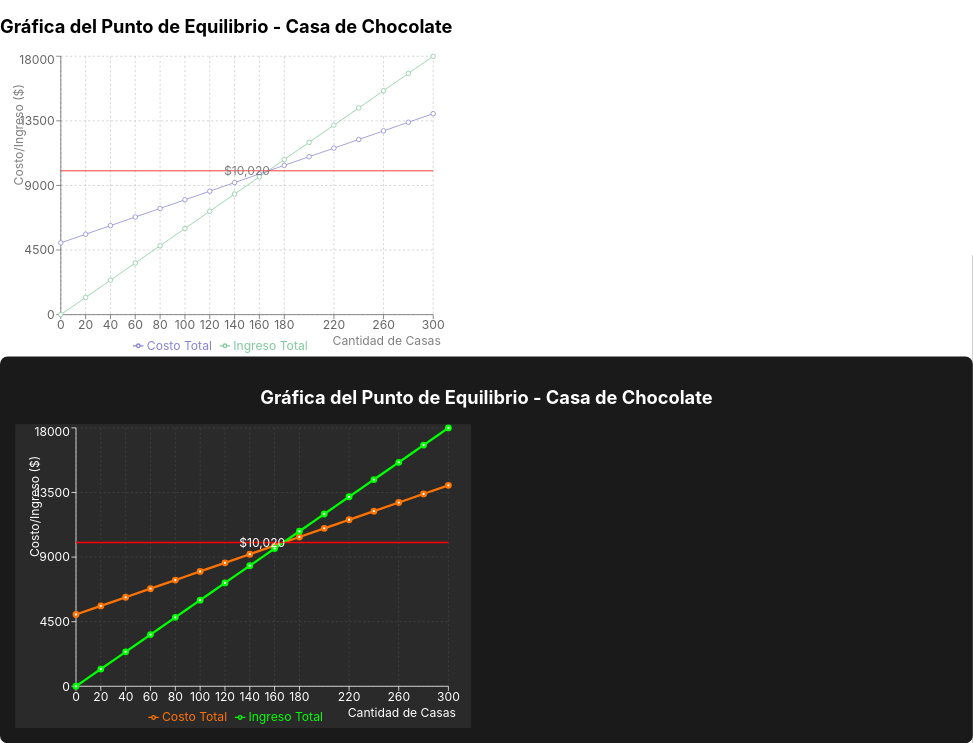
Repository: CiroAlfa/grafic-point-balancer
Page: / (app in graficas-chocolate/)
An editor plug-in stored every save of this project. The page is shown before and after the next save, followed by the edit.
The browser window is 1280 px wide. The pictures show the whole page, at 76% of full size.
The project was rebuilt for these pictures with package versions that can differ from the ones it lists, and the page was loaded fresh each time.

Above is the page before, as saved 2024-09-14 12:58:02.

### graficas-chocolate/src/App.js
import React from 'react';
import BreakEvenChart from './BreakEvenChart';
import BreakEvenChart2 from './BreakEvenChart2';
import BreakEvenChartInteractive from './BreakEvenChartInteractive';

function App() {
  return (
    <div className="App">
      <BreakEvenChart />
      <BreakEvenChart2 />

    </div>
  );
}

export default App;

### graficas-chocolate/src/BreakEvenChart.js
import React from 'react';
import { LineChart, Line, XAxis, YAxis, CartesianGrid, Tooltip, Legend, ReferenceLine } from 'recharts';

const BreakEvenChart = () => {
  const generateData = () => {
    const data = [];
    for (let x = 0; x <= 300; x += 20) {
      data.push({
        x: x,
        costoTotal: 5000 + 30 * x,
        ingresoTotal: 60 * x
      });
    }
    return data;
  };

  const data = generateData();

  return (
    <div className="w-full max-w-3xl mx-auto">
      <h2 className="text-xl font-bold mb-4 text-center">Gráfica del Punto de Equilibrio - Casa de Chocolate</h2>
      <LineChart width={600} height={400} data={data} margin={{ top: 5, right: 30, left: 20, bottom: 5 }}>
        <CartesianGrid strokeDasharray="3 3" />
        <XAxis dataKey="x" label={{ value: 'Cantidad de Casas', position: 'insideBottomRight', offset: -10 }} />
        <YAxis label={{ value: 'Costo/Ingreso ($)', angle: -90, position: 'insideLeft' }} />
        <Tooltip />
        <Legend />
        <Line type="monotone" dataKey="costoTotal" stroke="#8884d8" name="Costo Total" />
        <Line type="monotone" dataKey="ingresoTotal" stroke="#82ca9d" name="Ingreso Total" />
        <ReferenceLine x={167} stroke="red" label="Punto de Equilibrio" />
        <ReferenceLine y={10020} stroke="red" label="$10,020" />
      </LineChart>
    </div>
  );
};

export default BreakEvenChart;

### graficas-chocolate/src/BreakEvenChart2.js
import React from 'react';
import { LineChart, Line, XAxis, YAxis, CartesianGrid, Tooltip, Legend, ReferenceLine } from 'recharts';

const BreakEvenChart2 = () => {
  const generateData = () => {
    const data = [];
    for (let x = 0; x <= 300; x += 20) {
      data.push({
        x: x,
        costoTotal: 5000 + 30 * x,
        ingresoTotal: 60 * x
      });
    }
    return data;
  };

  const data = generateData();

  return (
    <div style={{ backgroundColor: '#1a1a1a', padding: '20px', borderRadius: '10px' }}>
      <h2 style={{ color: 'white', textAlign: 'center', marginBottom: '20px' }}>Gráfica del Punto de Equilibrio - Casa de Chocolate</h2>
      <LineChart
        width={600}
        height={400}
        data={data}
        margin={{ top: 5, right: 30, left: 20, bottom: 5 }}
        style={{ backgroundColor: '#2a2a2a' }}
      >
        <CartesianGrid strokeDasharray="3 3" stroke="#444" />
        <XAxis
          dataKey="x"
          label={{ value: 'Cantidad de Casas', position: 'insideBottomRight', offset: -10, fill: 'white' }}
          stroke="white"
        />
        <YAxis
          label={{ value: 'Costo/Ingreso ($)', angle: -90, position: 'insideLeft', fill: 'white' }}
          stroke="white"
        />
        <Tooltip contentStyle={{ backgroundColor: '#3a3a3a', color: 'white', border: 'none' }} />
        <Legend wrapperStyle={{ color: 'white' }} />
        <Line type="monotone" dataKey="costoTotal" stroke="#ff7300" strokeWidth={3} name="Costo Total" />
        <Line type="monotone" dataKey="ingresoTotal" stroke="#00ff00" strokeWidth={3} name="Ingreso Total" />
        <ReferenceLine x={167} stroke="red" strokeWidth={2} label={{ value: "Punto de Equilibrio", fill: 'white' }} />
        <ReferenceLine y={10020} stroke="red" strokeWidth={2} label={{ value: "$10,020", fill: 'white' }} />
      </LineChart>
    </div>
  );
};

export default BreakEvenChart2;

### graficas-chocolate/src/BreakEvenChartInteractive.js
import React, { useState, useEffect } from 'react';
import { LineChart, Line, XAxis, YAxis, CartesianGrid, Tooltip, Legend, ReferenceLine } from 'recharts';

const BreakEvenChartInteractive = () => {
  const [costoFijo, setCostoFijo] = useState(5000);
  const [costoVariable, setCostoVariable] = useState(30);
  const [precioVenta, setPrecioVenta] = useState(60);
  const [puntoEquilibrio, setPuntoEquilibrio] = useState({ x: 0, y: 0 });
  const [data, setData] = useState([]);

  useEffect(() => {
    calcularPuntoEquilibrio();
    generarDatos();
  }, [costoFijo, costoVariable, precioVenta]);

  const calcularPuntoEquilibrio = () => {
    const x = Math.ceil(costoFijo / (precioVenta - costoVariable));
    const y = x * precioVenta;
    setPuntoEquilibrio({ x, y });
  };

  const generarDatos = () => {
    const maxX = Math.max(puntoEquilibrio.x * 2, 100);
    const newData = [];
    for (let x = 0; x <= maxX; x += Math.max(1, Math.floor(maxX / 20))) {
      newData.push({
        x: x,
        costoTotal: costoFijo + costoVariable * x,
        ingresoTotal: precioVenta * x
      });
    }
    setData(newData);
  };

  const handleInputChange = (setter) => (e) => {
    const value = parseFloat(e.target.value) || 0;
    setter(value);
  };

  return (
    <div style={{ backgroundColor: '#1a1a1a', padding: '20px', borderRadius: '10px', color: 'white', fontFamily: 'Arial, sans-serif' }}>
      <h2 style={{ textAlign: 'center', marginBottom: '20px' }}>Gráfica Interactiva del Punto de Equilibrio</h2>

      <div style={{ display: 'flex', justifyContent: 'space-around', marginBottom: '20px' }}>
        <div>
          <label>Costo Fijo ($): </label>
          <input
            type="number"
            value={costoFijo}
            onChange={handleInputChange(setCostoFijo)}
            style={{ marginLeft: '10px', padding: '5px', borderRadius: '5px', border: 'none' }}
          />
        </div>
        <div>
          <label>Costo Variable ($): </label>
          <input
            type="number"
            value={costoVariable}
            onChange={handleInputChange(setCostoVariable)}
            style={{ marginLeft: '10px', padding: '5px', borderRadius: '5px', border: 'none' }}
          />
        </div>
        <div>
          <label>Precio de Venta ($): </label>
          <input
            type="number"
            value={precioVenta}
            onChange={handleInputChange(setPrecioVenta)}
            style={{ marginLeft: '10px', padding: '5px', borderRadius: '5px', border: 'none' }}
          />
        </div>
      </div>

      <div style={{ textAlign: 'center', marginBottom: '20px' }}>
        <p>Punto de Equilibrio: {puntoEquilibrio.x} unidades</p>
        <p>Ingreso/Costo en Punto de Equilibrio: ${puntoEquilibrio.y.toFixed(2)}</p>
      </div>

      <LineChart
        width={600}
        height={400}
        data={data}
        margin={{ top: 5, right: 30, left: 20, bottom: 5 }}
        style={{ backgroundColor: '#2a2a2a', margin: 'auto' }}
      >
        <CartesianGrid strokeDasharray="3 3" stroke="#444" />
        <XAxis
          dataKey="x"
          label={{ value: 'Cantidad de Productos', position: 'insideBottomRight', offset: -10, fill: 'white' }}
          stroke="white"
        />
        <YAxis
          label={{ value: 'Costo/Ingreso ($)', angle: -90, position: 'insideLeft', fill: 'white' }}
          stroke="white"
        />
        <Tooltip contentStyle={{ backgroundColor: '#3a3a3a', color: 'white', border: 'none' }} />
        <Legend wrapperStyle={{ color: 'white' }} />
        <Line type="monotone" dataKey="costoTotal" stroke="#ff7300" strokeWidth={3} name="Costo Total" />
        <Line type="monotone" dataKey="ingresoTotal" stroke="#00ff00" strokeWidth={3} name="Ingreso Total" />
        <ReferenceLine x={puntoEquilibrio.x} stroke="red" strokeWidth={2} label={{ value: "Punto de Equilibrio", fill: 'white' }} />
        <ReferenceLine y={puntoEquilibrio.y} stroke="red" strokeWidth={2} label={{ value: `$${puntoEquilibrio.y.toFixed(2)}`, fill: 'white' }} />
      </LineChart>
    </div>
  );
};

export default BreakEvenChartInteractive;

Loaded but not shown: graficas-chocolate/public/index.html (common file); graficas-chocolate/src/index.js (common file); graficas-chocolate/src/index.css (common file); graficas-chocolate/src/reportWebVitals.js (common file)

After the next save:
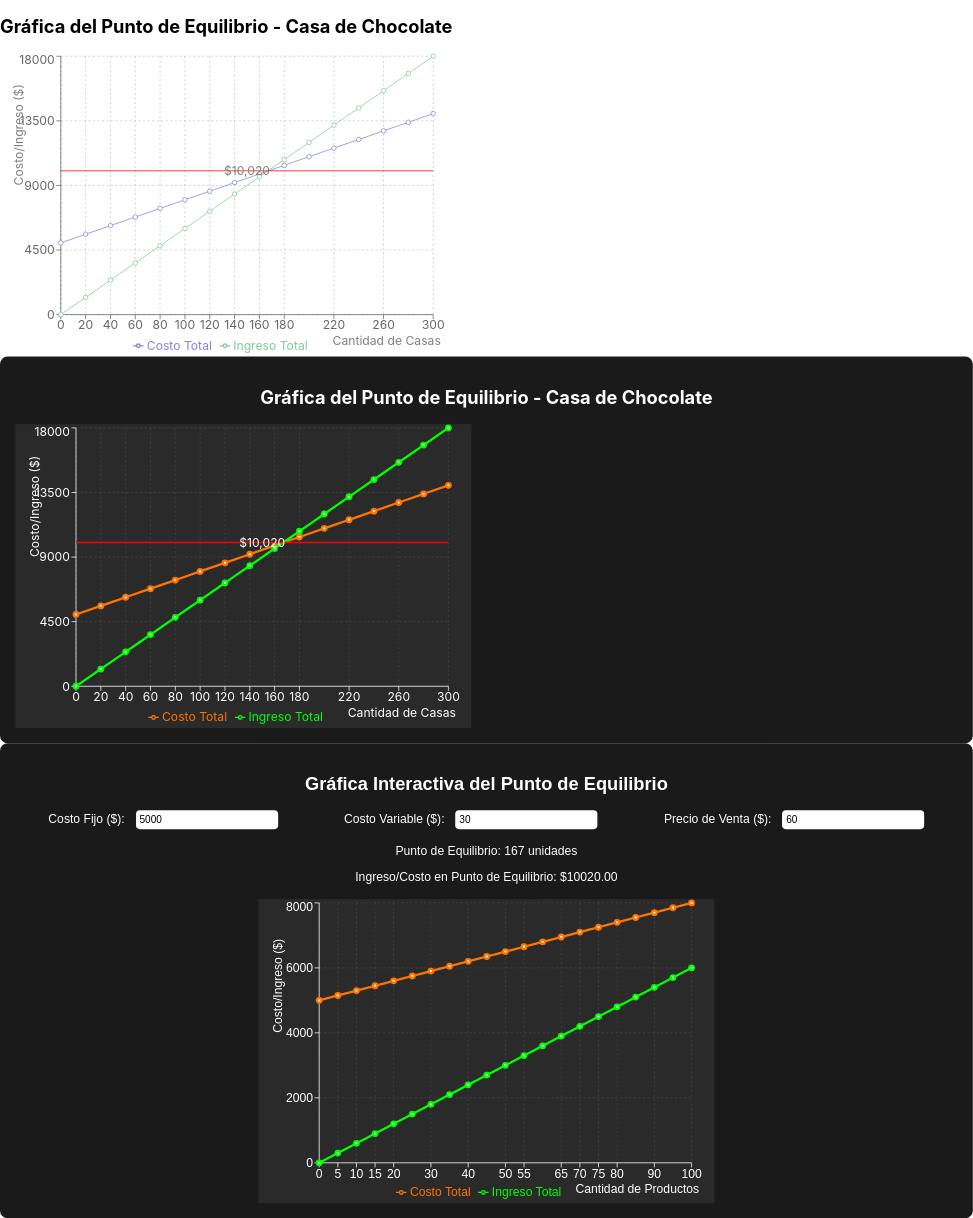
Saved 12 s later.
--- a/graficas-chocolate/src/App.js
+++ b/graficas-chocolate/src/App.js
@@ -8,6 +8,8 @@ function App() {
     <div className="App">
       <BreakEvenChart />
       <BreakEvenChart2 />
+      <BreakEvenChartInteractive />
+
 
     </div>
   );
